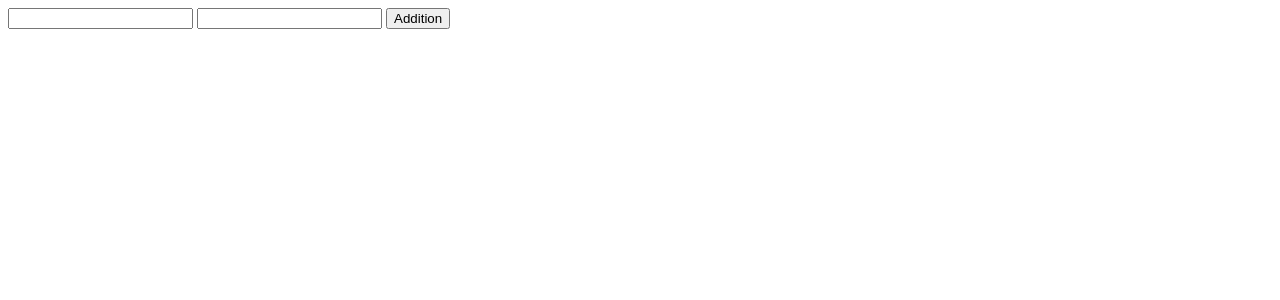
Repository: vaibhaokamble/MY_INSTITUTE_PUNE
Page: SERVLET/AdditionApplication/src/main/webapp/Addition.html
An editor plug-in stored every save of this project. The page is shown before and after the next save, followed by the edit.
The browser window is 1280 px wide. The pictures show the whole page.

Above is the page before, as saved 2022-10-18 08:12:38.

After the next save:
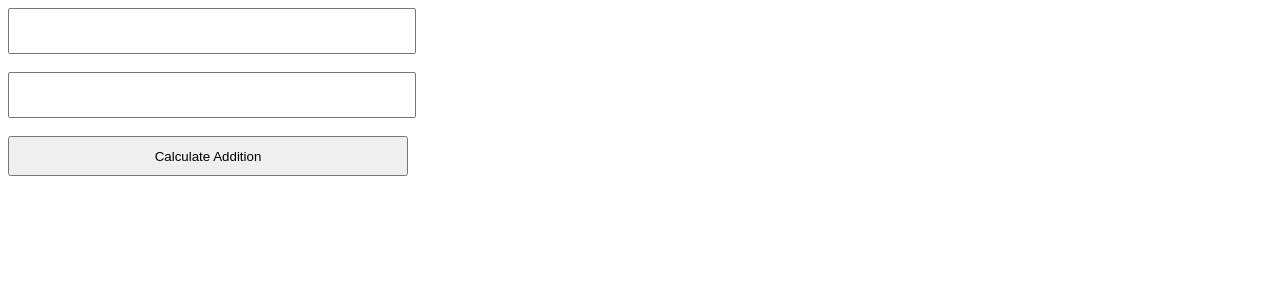
Saved 2 min 38 s later.
--- a/SERVLET/AdditionApplication/src/main/webapp/Addition.html
+++ b/SERVLET/AdditionApplication/src/main/webapp/Addition.html
@@ -5,10 +5,12 @@
 <title>Insert title here</title>
 </head>
 <body>
-<div>
-<input type='text' name='first' value=''/>
-<input type='text' name='second' value=''/>
-<input type='submit' name='s' value='Addition'/>
-</div>
+<input type='text' name='first' value=''
+style='width:400px;height:40px;'/><br><br>
+<input type='text' name='second' value=''
+style='width:400px;height:40px;'/><br><br>
+<input type='submit' name='s' value='Calculate Addition'
+style='width:400px;height:40px;'/>
+
 </body>
 </html>
